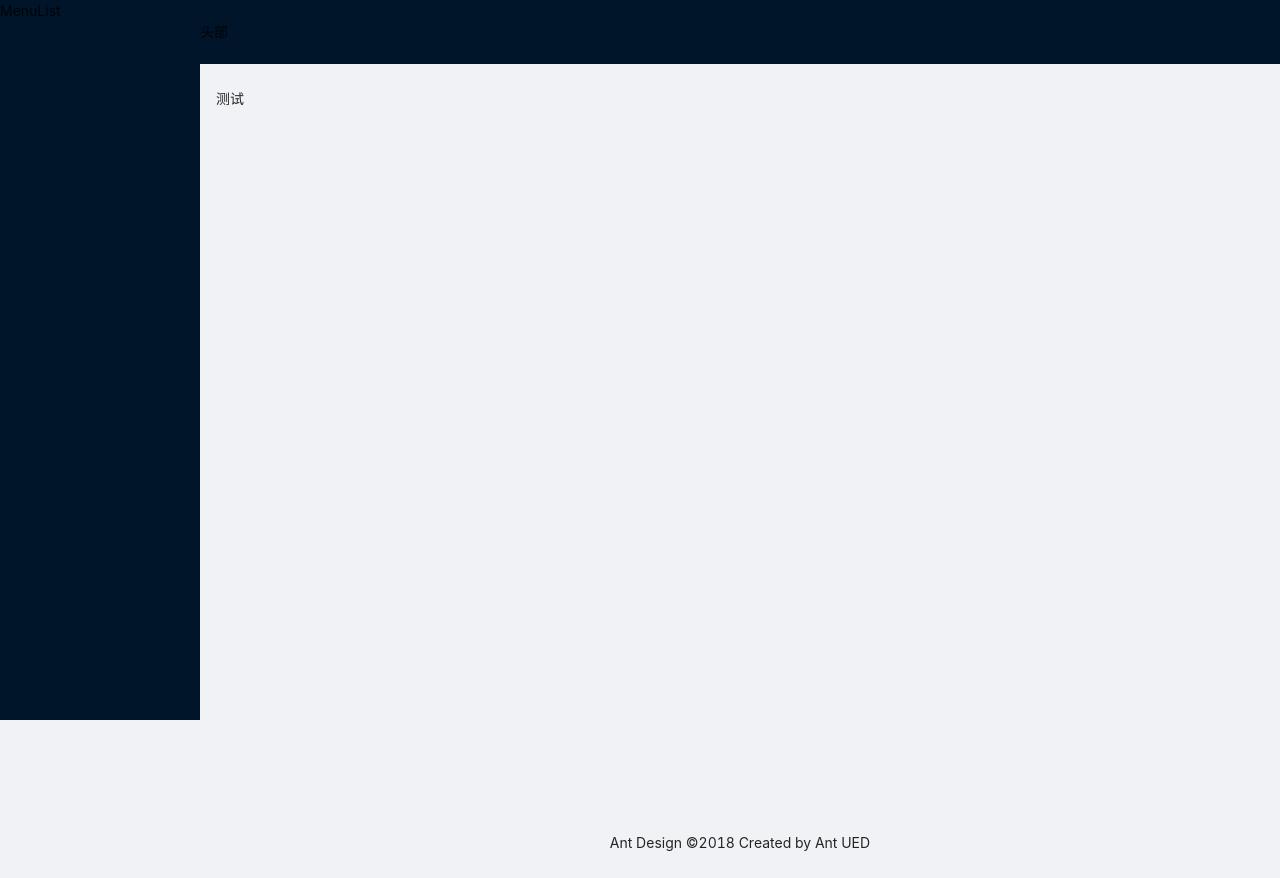
Repository: CBH20010703/BlogsAntd
Page: /
These files come from the project's save history. The page is drawn as it stood at one moment and after the next save; the edit follows.
The browser window is 1280 px wide. The pictures show the whole page.
The project was rebuilt for these pictures with package versions that can differ from the ones it lists, and the page was loaded fresh each time. Also part of the build but not shown: src/view/Home/Home.css, src/view/404/Error.jsx.

Above is the page before, as saved 2021-06-20 22:40:45.

### src/index.js
import React from 'react';
import ReactDOM from 'react-dom';
import './index.css';
import App from './App';



ReactDOM.render(<App />,document.getElementById('root'));

### src/App.js
import './App.css';
import { React, Component } from "react";
import Headers from './component/Header/Headers';
import MenuList from './component/Menu/MenuList';
import RouterMap from './router/RouterMap';
import { Layout} from 'antd';

const {  Content, Footer, Sider } = Layout;
export default class  App extends Component {
  constructor(props) {
    super(props);
    this.state = {  collapsed: false, }
  }
   toggle = () => {
    this.setState({
      collapsed: !this.state.collapsed,
    });
  };
  render() {
    return (
      <Layout>
    <Sider
      style={{
        overflow: 'auto',
        height: '100vh',
        position: 'fixed',
        left: 0,
      }}
    >
       MenuList
    </Sider>
    <Layout className="site-layout" style={{ marginLeft: 200 }}>
      <Headers></Headers>
      <Content style={{ margin: '24px 16px 0', overflow: 'initial',height:"100vh" }}>
          <RouterMap />
      </Content>
      <Footer style={{ textAlign: 'center' }}>Ant Design ©2018 Created by Ant UED</Footer>
    </Layout>
  </Layout>
    );
  }
}

### src/component/Header/Headers.jsx
import React, { Component } from 'react'
import { Layout } from 'antd';
const { Header } = Layout;
export default class Headers extends Component {
    render() {
        return (
            <div>
                <Header className="site-layout-background" style={{ padding: 0 }} > 头部</Header>
            </div>
        )
    }
}

### src/router/RouterMap.js
import React from 'react'
import { HashRouter, Route, Switch} from 'react-router-dom'
import Home from "../view/Home/Home.jsx";
import Error from "../view/404/Error.jsx";
export default class RouterMap  extends React.Component {
    updateHandle() {
        console.log('每次router变化之后都会触发')
    }
    render() {
        return (
            <HashRouter>
                <Switch>
                    <Route exact path="/" component={Home} />
                    <Route  path="*" component={Error} />
               </Switch>
            </HashRouter>
        )
    }
}

### src/view/Home/Home.jsx
import React, { Component } from 'react'
import "./Home.css"
export default class Home extends Component {
      handleClick = e => {
    console.log('click ', e);
  };
    render() {
        return (
            <div>
                测试
            </div>
        )
    }
}

### src/component/Menu/MenuList.jsx
import React, { Component } from 'react'
import { Menu } from 'antd';
import {
  AppstoreOutlined,
  BarChartOutlined,
  CloudOutlined,
  ShopOutlined,
  TeamOutlined,
  UserOutlined,
  UploadOutlined,
  VideoCameraOutlined,
} from '@ant-design/icons';
export default class MenuList extends Component {
    render() {
        return (
            <div>
          <div className="logo" >
            CenBlogs
          </div>
      <Menu theme="dark" mode="inline" defaultSelectedKeys={['4']}>
        <Menu.Item key="1" icon={<UserOutlined />}>
          nav 1
        </Menu.Item>
        <Menu.Item key="2" icon={<VideoCameraOutlined />}>
          nav 2
        </Menu.Item>
        <Menu.Item key="3" icon={<UploadOutlined />}>
          nav 3
        </Menu.Item>
        <Menu.Item key="4" icon={<BarChartOutlined />}>
          nav 4
        </Menu.Item>
        <Menu.Item key="5" icon={<CloudOutlined />}>
          nav 5
        </Menu.Item>
        <Menu.Item key="6" icon={<AppstoreOutlined />}>
          nav 6
        </Menu.Item>
        <Menu.Item key="7" icon={<TeamOutlined />}>
          nav 7
        </Menu.Item>
        <Menu.Item key="8" icon={<ShopOutlined />}>
          nav 8
        </Menu.Item>
      </Menu>
            </div>
        )
    }
}

Loaded but not shown: public/index.html (common file); src/index.css (common file); src/App.css (common file)

After the next save:
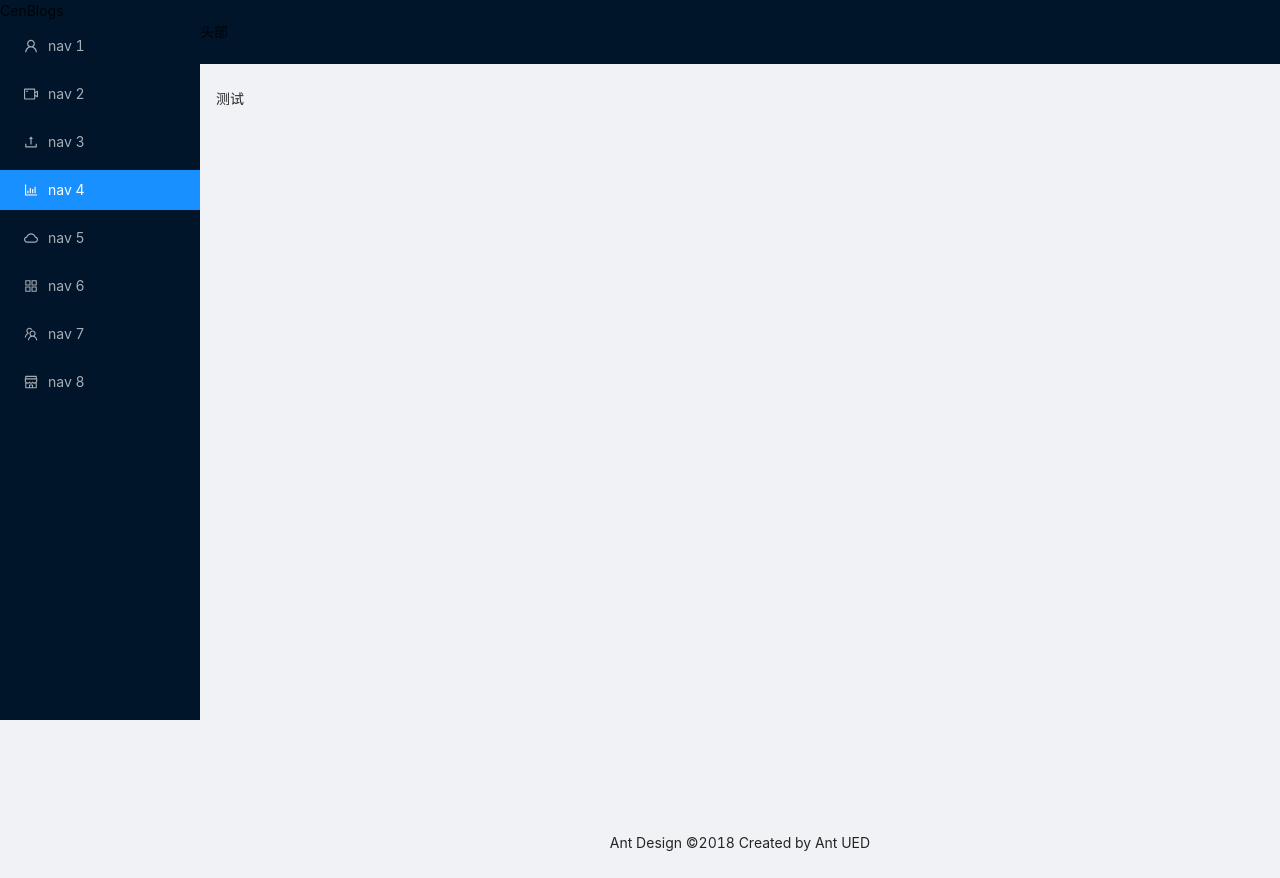
Saved 24 s later.
--- a/src/App.js
+++ b/src/App.js
@@ -27,7 +27,7 @@
         left: 0,
       }}
     >
-       MenuList
+       <MenuList/>
     </Sider>
     <Layout className="site-layout" style={{ marginLeft: 200 }}>
       <Headers></Headers>
